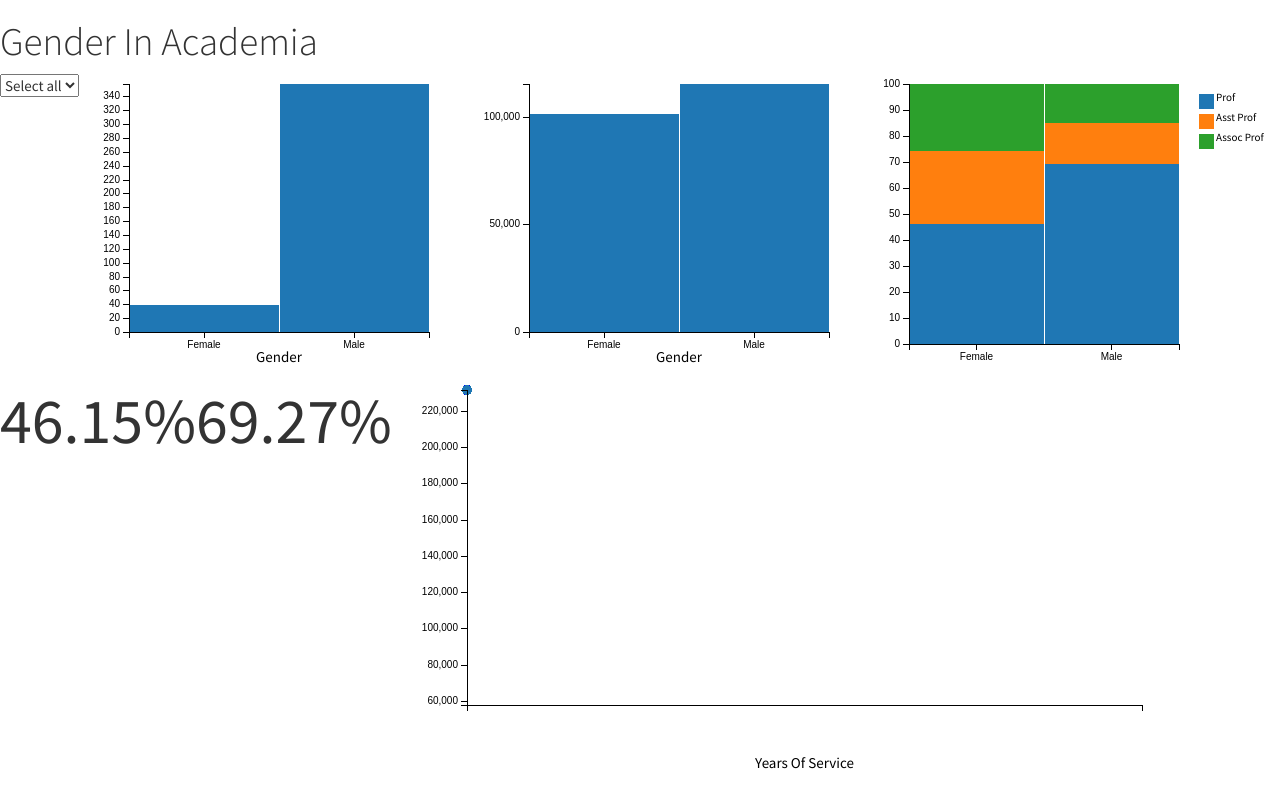
Repository: adonegan/dashboard
Page: index.html
The author's editor kept a record of every edit. The page is drawn from the files as they stood at one moment, then again after the next edit.
The browser window is 1280 px wide. The pictures show the whole page.

Above is the page before.

### index.html
<!DOCTYPE html>
<html lang="en">
<head>
    <meta charset="UTF-8">
    <meta name="viewport" content="width=device-width, initial-scale=1.0">
    <meta http-equiv="X-UA-Compatible" content="ie=edge">
    <title>Gender In Academia</title>

    <link rel="stylesheet" href="static/css/bootstrap.min.css" type="text/css" />
    <link rel="stylesheet" href="static/css/dc.min.css" type="text/css" />
    <link rel="stylesheet" href="static/css/style.css" type="text/css" />

    <script type="text/javascript" src="static/js/d3.min.js"></script>
    <script type="text/javascript" src="static/js/crossfilter.min.js"></script>
    <script type="text/javascript" src="static/js/dc.min.js"></script>
    <script type="text/javascript" src="static/js/queue.min.js"></script>
    <script type="text/javascript" src="static/js/graph.js"></script>
</head>
<body>

    <h1>Gender In Academia</h1>

    <div id="discipline-selector"></div>

    <div id="gender-balance"></div>

    <div id="average-salary"></div>

    <div id="rank-distribution"></div>

    <div class="number-box" id="percent-of-women-professors"></div>
    <div class="number-box" id="percent-of-men-professors"></div>

    <div id="service-salary"></div>

</body>
</html>

### static/css/style.css
.number-box {
    font-size: 64px;
    text-align: center;
    line-height: normal;
}

### static/js/graph.js
queue()
    .defer(d3.csv, "data/Salaries.csv")
    .await(makeGraphs);

function makeGraphs(error, salaryData) {
    var ndx = crossfilter(salaryData);

    salaryData.forEach(function(d){
        d.salary = parseInt(d.salary);
        d.yrs_service = parseInt(d["yrs_service"])
    })

    show_discipline_selector(ndx);

    show_percent_that_are_professors(ndx, "Female", "#percent-of-women-professors");
    show_percent_that_are_professors(ndx, "Male", "#percent-of-men-professors");

    show_gender_balance(ndx);
    show_average_salary(ndx);
    show_rank_distribution(ndx);

    show_service_to_salary_correlation(ndx);

    dc.renderAll();
}


function show_discipline_selector(ndx) {
    var dim = ndx.dimension(dc.pluck('discipline'));
    var group = dim.group();

    dc.selectMenu("#discipline-selector")
        .dimension(dim)
        .group(group);
}


function show_percent_that_are_professors(ndx, gender, element) {
    var percentageThatAreProf = ndx.groupAll().reduce(
        function(p, v) {
          if (v.sex === gender) {
              p.count++;
              if (v.rank === "Prof") {
                  p.are_prof++;
               }
           }
           return p;
        },
        function(p, v) {
            if(v.sex === gender) {
                p.count--;
                if(v.rank === "Prof") {
                   p.are_prof--;
               }
           }
           return p;
        },
        function() {
            return {count: 0, are_prof: 0};
        },
    );

    dc.numberDisplay(element)
        .formatNumber(d3.format(".2%"))
        .valueAccessor(function (d) {
            if (d.count == 0) {
                return 0;
            } else {
                return (d.are_prof / d.count);
            }
        })
        .group(percentageThatAreProf)
}


function show_gender_balance(ndx) {
    var dim = ndx.dimension(dc.pluck('sex'));
    var group = dim.group();

    dc.barChart("#gender-balance")
        .width(400)
        .height(300)
        .margins({top: 10, right: 50, bottom: 30, left: 50})
        .dimension(dim)
        .group(group)
        .transitionDuration(500)
        .x(d3.scale.ordinal())
        .xUnits(dc.units.ordinal)
        .xAxisLabel("Gender")
        .yAxis().ticks(20);
}


function show_average_salary(ndx) {
    var dim = ndx.dimension(dc.pluck('sex'));

    function add_item(p, v) {
        p.count++;
        p.total += v.salary;
        p.average = p.total / p.count;
        return p;
    }

    function remove_item(p, v) {
        p.count--;
        if(p.count == 0) {
            p.total = 0;
            p.average = 0;
        } else {
            p.total -= v.salary;
            p.average = p.total / p.count;
        }
        return p;
    }

    function initialise() {
        return {count: 0, total: 0, average: 0};
    }

    var averageSalaryByGender = dim.group().reduce(add_item, remove_item, initialise);

    dc.barChart("#average-salary")

        .width(400)
        .height(300)
        .margins({top: 10, right: 50, bottom: 30, left: 50})
        .dimension(dim)
        .group(averageSalaryByGender)
        .valueAccessor(function(d){
            return d.value.average.toFixed(2);
        })
        .transitionDuration(500)
        .x(d3.scale.ordinal())
        .xUnits(dc.units.ordinal)
        .elasticY(true)
        .xAxisLabel("Gender")
        .yAxis().ticks(4);
}

function show_rank_distribution(ndx) {

    function rankByGender(dimension, rank) {
        return dimension.group().reduce(
            function (p, v) {
                p.total++;
                if(v.rank == rank) {
                    p.match++;
                }
                return p;
            },
            function (p, v) {
                p.total--;
                if(v.rank == rank) {
                    p.match--;
                }
                return p;
            },
            function () {
                return {total: 0, match: 0};
            }
        );
    }

    var dim = ndx.dimension(dc.pluck("sex"));
    var profByGender = rankByGender(dim, "Prof");
    var asstProfByGender = rankByGender(dim, "AsstProf");
    var assocProfByGender = rankByGender(dim, "AssocProf");

    dc.barChart("#rank-distribution")
        .width(400)
        .height(300)
        .dimension(dim)
        .group(profByGender, "Prof")
        .stack(asstProfByGender, "Asst Prof")
        .stack(assocProfByGender, "Assoc Prof")
        .valueAccessor(function(d) {
            if(d.value.total > 0) {
                return (d.value.match / d.value.total) * 100;
            } else {
                return 0;
            }
        })
        .x(d3.scale.ordinal())
        .xUnits(dc.units.ordinal)
        .legend(dc.legend().x(320).y(20).itemHeight(15).gap(5))
        .margins({top: 10, right: 100, bottom: 30, left: 30});
}


function show_service_to_salary_correlation(ndx) {
    var eDim = ndx.dimension(dc.pluck("yrs_service"));
    var experienceDim = ndx.dimension(function(d) {
        return [d.yrs_service, d.salary];
    });
    var experienceSalaryGroup = experienceDim.group();

    var minExperience = eDim.bottom(1)[0].yrs_service;
    var maxExperience = eDim.top(1)[0].yrs_service;

    dc.scatterPlot("#service-salary")
        .width(800)
        .height(400)
        .x(d3.scale.linear().domain([minExperience, maxExperience]))
        .brushOn(false)
        .symbolSize(8)
        .clipPadding(10)
        .xAxisLabel("Years Of Service")
        .title(function(d){
            return "Earned " + d.key[1];
        })
        .dimension(experienceDim)
        .group(experienceSalaryGroup)
        .margins({top: 10, right: 50, bottom: 75, left: 75});
}

Loaded but not shown: static/css/bootstrap.min.css (library); static/css/dc.min.css (library); static/js/d3.min.js (library); static/js/crossfilter.min.js (library); static/js/dc.min.js (library); static/js/queue.min.js (common file)

After the next edit:
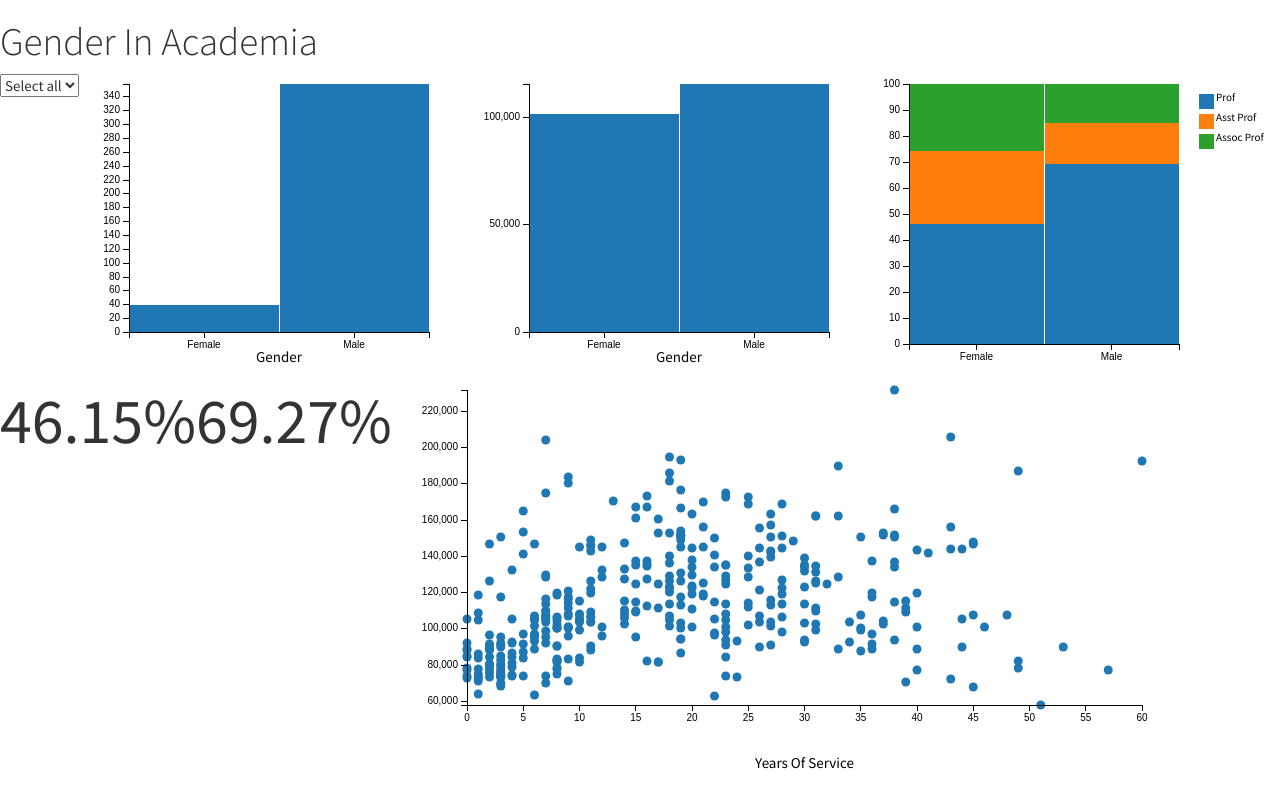
The edit:
--- a/static/js/graph.js
+++ b/static/js/graph.js
@@ -7,7 +7,7 @@
 
     salaryData.forEach(function(d){
         d.salary = parseInt(d.salary);
-        d.yrs_service = parseInt(d["yrs_service"])
+        d.yrs_service = parseInt(d["yrs.service"])
     })
 
     show_discipline_selector(ndx);
